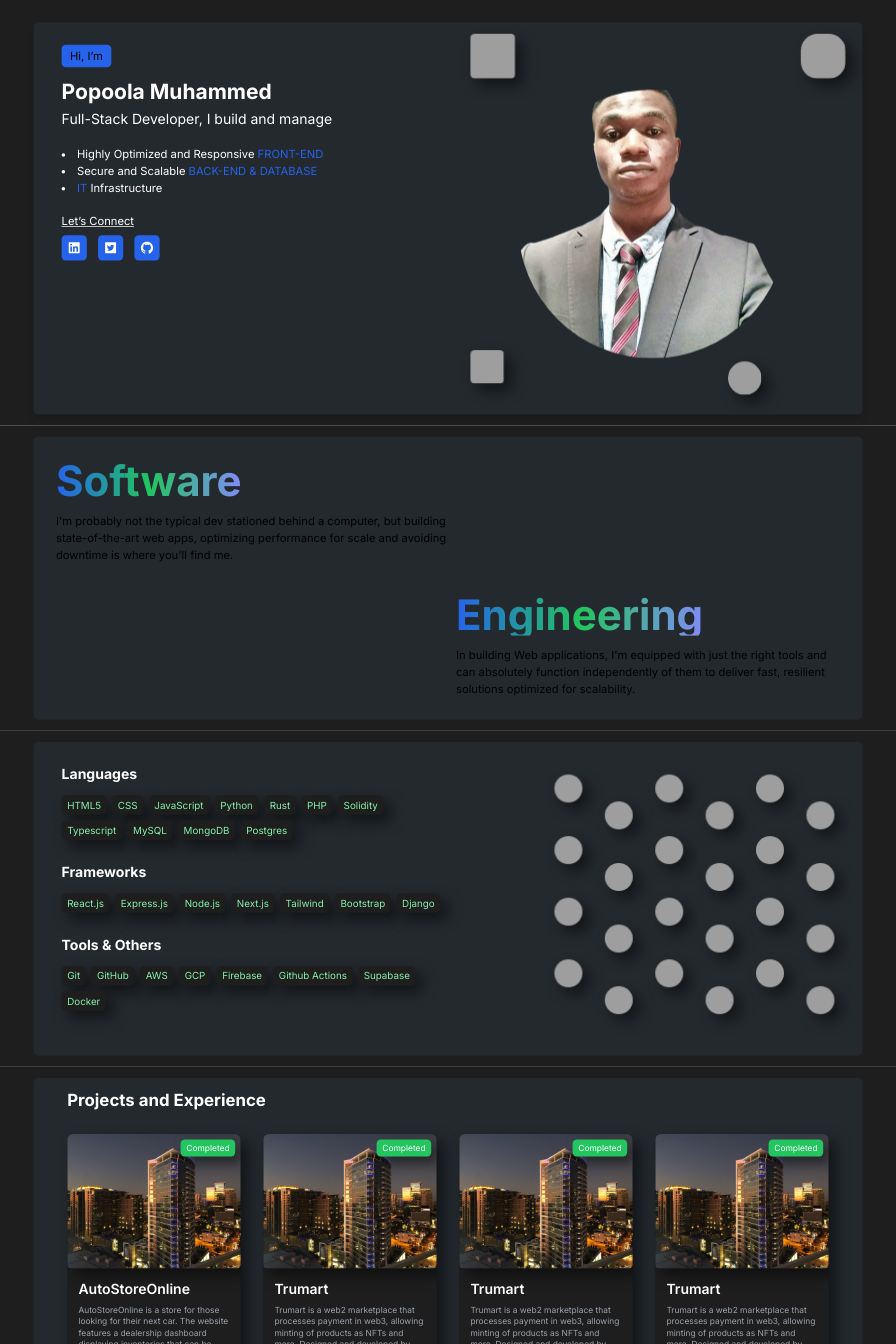
Repository: muhammedctgr/hammedctgr
Page: /
These files come from the project's save history. The page is drawn as it stood at one moment and after the next save; the edit follows.
The browser window is 1280 px wide. The pictures show the part of the page from y = 0 to 1920 px (the page is 2596 px tall), at 70% of full size.
Pictures or frames that could not be fetched are drawn as grey boxes. The project was rebuilt for these pictures with package versions that can differ from the ones it lists, and the page was loaded fresh each time. The framework's server and built-in components were replaced by stand-ins that run in the browser. Also part of the build but not shown: next.config.mjs.

Above is the page before, as saved 2024-08-12 22:49:36.

### app/layout.tsx
import type { Metadata } from "next";
import { Inter } from "next/font/google";
import "./globals.css";

const inter = Inter({ subsets: ["latin"] });

export const metadata: Metadata = {
  title: "Popoola Muhammed",
  description: "Generated by create next app",
};

export default function RootLayout({
  children,
}: Readonly<{
  children: React.ReactNode;
}>) {
  return (
    <html lang="en">
      <body className={inter.className}>{children}</body>
    </html>
  );
}

### app/page.tsx
import Head from 'next/head';
import Hero from '../components/Hero';
import SkillsSection from '@/components/SkillsSection';
import SummarySection from '@/components/SummarySection';
import ProjectsSection from '@/components/ProjectsSection';
import Skills from '@/components/Skills'


const Home = () => (
  <div>
    <Head>
      <title>Popoola Muhammed</title>
      <meta name="description" content="Welcome to my developer portfolio" />
    </Head>

    <Hero />
    <SummarySection />
    <SkillsSection />
    <ProjectsSection />

  </div>
);

export default Home;

### app/globals.css
@tailwind base;
@tailwind components;
@tailwind utilities;

:root {
  --foreground-rgb: 0, 0, 0;
  --background-start-rgb: 214, 219, 220;
  --background-end-rgb: 255, 255, 255;
}

@media (prefers-color-scheme: dark) {
  :root {
    --foreground-rgb: 255, 255, 255;
    --background-start-rgb: 0, 0, 0;
    --background-end-rgb: 0, 0, 0;
  }
}

body {
  color: rgb(var(--foreground-rgb));
  background: linear-gradient(
      to bottom,
      transparent,
      rgb(var(--background-end-rgb))
    )
    rgb(var(--background-start-rgb));
}

@layer utilities {
  .text-balance {
    text-wrap: balance;
  }
}


@keyframes upDown {
  0%, 100% {
    transform: translateY(0);
  }
  50% {
    transform: translateY(-10px); /* Adjust the value as needed */
  }
}

.animate-upDown {
  animation: upDown 2s infinite ease-in-out; /* Adjust duration as needed */
}

@keyframes scroll-slow {
  0% {
    transform: translateY(-100%);
  }
  100% {
    transform: translateY(100%);
  }
}

@keyframes scroll-medium {
  0% {
    transform: translateY(-100%);
  }
  100% {
    transform: translateY(100%);
  }
}

@keyframes scroll-fast {
  0% {
    transform: translateY(0);
  }
  100% {
    transform: translateY(-100%);
  }
}

@keyframes scroll-upfast {
  0% {
    transform: translateY(100%);
  }
  100% {
    transform: translateY(-100%);
  }
}

.animate-scroll-upfast {
  animation: scroll-upfast 2s linear infinite;
}

.animate-scroll-slow {
  animation: scroll-slow 9s linear infinite;
}

.animate-scroll-medium {
  animation: scroll-medium 6s linear infinite;
}

.animate-scroll-fast {
  animation: scroll-fast 2s linear infinite;
}

.animate-scroll-delay {
  animation-delay: 2s;
}

.animate-scroll-delay-long {
  animation-delay: 4s;
}

.animate-scroll {
  animation: scroll 10s linear infinite;
}

.neumorph {
  border-radius: 5px;
  background: linear-gradient(145deg, #161414, #1a1818);
  box-shadow:  5px 5px 10px #111010,
               -5px -5px 10px #1f1c1c;
}

### components/Hero.tsx
import Image from 'next/image';
import profilePic from '../public/profile.png';
import { AiFillLinkedin, AiFillGithub, AiFillTwitterSquare, AiFillX } from 'react-icons/ai';

const Hero = () => {
  return (
    <section className="bg-gptGray px-4 py-4 md:pt-8 md:px-8 lg:px-12 text-white flex items-center">
  <div className="container bg-githubGray shadow-lg rounded-md mx-auto flex flex-col md:flex-row md:px-2 relative overflow-hidden">
    <div className="flex-1 text-left p-4 md:p-8">
      <div className="inline-block bg-blue-600 text-black py-1 px-3 mb-4 rounded-md">
        Hi, I’m
      </div>
      <div className="mb-6">
        <h1 className="text-xl md:text-3xl font-bold">Popoola Muhammed</h1>
        <p className="mt-2 text-lg md:text-xl">Full-Stack Developer, I build and manage</p>
      </div>
      <ul className="mt-4 list-disc list-inside text-xs md:text-base">
        <li>Highly Optimized and Responsive <span className="text-blue-600">FRONT-END</span></li>
        <li>Secure and Scalable <span className="text-blue-600">BACK-END & DATABASE</span></li>
        <li><span className="text-blue-600">IT</span> Infrastructure</li>
      </ul>
      <div className="mt-6">
        <a href="#contact" className="underline">Let’s Connect</a>
        <div className="mt-2 flex justify-start space-x-4">
          <a href="#" className="bg-blue-600 p-2 rounded-md">
            <AiFillLinkedin size={20} />
          </a>
          <a href="#" className="bg-blue-600 p-2 rounded-md">
            <AiFillTwitterSquare size={20} />
          </a>
          <a href="#" className="bg-blue-600 p-2 rounded-md">
            <AiFillGithub size={20} />
          </a>
        </div>
      </div>
    </div>
    <div className="relative flex-1 p-4 md:p-8">
      <img src="https://cdn.jsdelivr.net/gh/devicons/devicon@latest/icons/python/python-original.svg" className="right-4 w-8 h-8 md:w-16 md:h-16 lg:w-16 lg:h-16 bg-gptGray rounded-md animate-bounce shadow-deep-all" />
      <div className="relative w-40 h-40 md:w-72 md:h-72 lg:w-96 lg:h-96 mx-auto">
        <Image src={profilePic} alt="Popoola Muhammed" layout="fill" className="rounded-full object-cover animate-upDown" />
      </div>
      <img src="https://cdn.jsdelivr.net/gh/devicons/devicon@latest/icons/rust/rust-original.svg"  className="w-8 h-8 md:w-16 md:h-16 lg:w-16 lg:h-16 bg-gptGray rounded-3xl shadow-deep-all animate-bounce absolute top-8 right-4" />
      <img src="https://cdn.jsdelivr.net/gh/devicons/devicon@latest/icons/javascript/javascript-original.svg" className="w-8 h-8 md:w-12 md:h-12 lg:w-12 lg:h-12 bg-gptGray rounded-md animate-bounce shadow-deep-all" />
    </div>
    <img src="https://cdn.jsdelivr.net/gh/devicons/devicon@latest/icons/nextjs/nextjs-original.svg" className="w-8 h-8 md:w-12 md:h-12 lg:w-12 lg:h-12 bg-gptGray rounded-3xl shadow-deep-all animate-bounce absolute bottom-4 right-36" />
  </div>
</section>
  );
};

export default Hero;

### components/SkillsSection.tsx
import Image from 'next/image';
import { FC } from 'react';

interface SkillCategory {
  title: string;
  skills: { name: string; }[];
}

const skills: SkillCategory[] = [
  {
    title: "Languages",
    skills: [
      { name: "HTML5",  },
      { name: "CSS", },
      { name: "JavaScript",  },
      { name: "Python", },
      { name: "Rust",  },
      { name: "PHP", },
      { name: "Solidity",  },
      { name: "Typescript",  },
      { name: "MySQL",  },
      { name: "MongoDB", },
      { name: "Postgres", },
    ],
  },
  {
    title: "Frameworks",
    skills: [
      { name: "React.js", },
      { name: "Express.js",  },
      { name: "Node.js", },
      { name: "Next.js", },
      { name: "Tailwind", },
      { name: "Bootstrap", },
      { name: "Django", }
    ],
  },
  {
    title: "Tools & Others",
    skills: [
      { name: "Git",  },
      { name: "GitHub",  },
      { name: "AWS", },
      { name: "GCP", },
      { name: "Firebase", },
      { name: "Github Actions", },
      { name: "Supabase",  },
      { name: "Docker",  },
    ],
  },
];

const icons = [
  "/icons/html5.svg", // Replace with your icon paths
  "/icons/css3.svg",
  "/icons/javascript.svg",
  "/icons/python.svg",
  // Add the rest of the icons as needed
];

const SkillsSection: FC = () => {
  return (
  <section className="px-4 py-4 md:px-8 lg:px-12 bg-gptGray text-white">
  <div className="container bg-githubGray rounded-md mx-auto flex flex-col md:flex-row items-start md:px-2">
    <div className="flex-1 p-4 md:p-8">
      {skills.map((category) => (
        <div key={category.title} className="mb-8">
          <h2 className="text-lg md:text-xl font-bold mb-4 ">{category.title}</h2>
          <div className="flex flex-wrap gap-2">
            {category.skills.map((skill) => (
              <span
                key={skill.name}
                className={`px-2 py-1 rounded-md text-sm shadow-deep-all bg-gptGray text-green-300`}
              >
                {skill.name}
              </span>
            ))}
          </div>
        </div>
      ))}
    </div>
    <div className="flex-1 flex flex-col items-center md:items-end overflow-hidden md:pb-8">
      <div className="grid grid-cols-6 md:grid-cols-6 gap-8 p-4 md:p-8">
      <img src="https://cdn.jsdelivr.net/gh/devicons/devicon@latest/icons/html5/html5-original.svg" className="w-10 h-10 md:w-10 md:h-10 lg:w-10 lg:h-10 bg-gptGray rounded-3xl shadow-deep-all mt-4 animate-scroll-fast" />
      <img src="https://cdn.jsdelivr.net/gh/devicons/devicon@latest/icons/css3/css3-original.svg" className="w-10 h-10 md:w-10 md:h-10 lg:w-10 lg:h-10 bg-gptGray rounded-3xl shadow-deep-all mt-4 animate-scroll-upfast" />
      <img src="https://cdn.jsdelivr.net/gh/devicons/devicon@latest/icons/javascript/javascript-original.svg" className="w-10 h-10 md:w-10 md:h-10 lg:w-10 lg:h-10 bg-gptGray rounded-3xl shadow-deep-all mt-4 animate-scroll-fast" />
      <img src="https://cdn.jsdelivr.net/gh/devicons/devicon@latest/icons/python/python-original.svg" className="w-10 h-10 md:w-10 md:h-10 lg:w-10 lg:h-10 bg-gptGray rounded-3xl shadow-deep-all mt-4 animate-scroll-upfast" />
      <img src="https://cdn.jsdelivr.net/gh/devicons/devicon@latest/icons/rust/rust-original.svg"  className="w-10 h-10 md:w-10 md:h-10 lg:w-10 lg:h-10 bg-gptGray rounded-3xl shadow-deep-all mt-4 animate-scroll-fast" />
      <img src="https://cdn.jsdelivr.net/gh/devicons/devicon@latest/icons/php/php-original.svg" className="w-10 h-10 md:w-10 md:h-10 lg:w-10 lg:h-10 bg-gptGray rounded-3xl shadow-deep-all mt-4 animate-scroll-upfast"  />
      <img src="https://cdn.jsdelivr.net/gh/devicons/devicon@latest/icons/solidity/solidity-original.svg" className="w-10 h-10 md:w-10 md:h-10 lg:w-10 lg:h-10 bg-gptGray rounded-3xl shadow-deep-all mt-4 animate-scroll-fast" />
      <img src="https://cdn.jsdelivr.net/gh/devicons/devicon@latest/icons/typescript/typescript-original.svg" className="w-10 h-10 md:w-10 md:h-10 lg:w-10 lg:h-10 bg-gptGray rounded-3xl shadow-deep-all mt-4 animate-scroll-upfast" />
      <img src="https://cdn.jsdelivr.net/gh/devicons/devicon@latest/icons/mysql/mysql-original.svg" className="w-10 h-10 md:w-10 md:h-10 lg:w-10 lg:h-10 bg-gptGray rounded-3xl shadow-deep-all mt-4 animate-scroll-fast" />
      <img src="https://cdn.jsdelivr.net/gh/devicons/devicon@latest/icons/mongodb/mongodb-original.svg" className="w-10 h-10 md:w-10 md:h-10 lg:w-10 lg:h-10 bg-gptGray rounded-3xl shadow-deep-all mt-4 animate-scroll-upfast" />
      <img src="https://cdn.jsdelivr.net/gh/devicons/devicon@latest/icons/react/react-original.svg" className="w-10 h-10 md:w-10 md:h-10 lg:w-10 lg:h-10 bg-gptGray rounded-3xl shadow-deep-all mt-4 animate-scroll-fast" />
      <img src="https://cdn.jsdelivr.net/gh/devicons/devicon@latest/icons/nextjs/nextjs-original.svg" className="w-10 h-10 md:w-10 md:h-10 lg:w-10 lg:h-10 bg-gptGray rounded-3xl shadow-deep-all mt-4 animate-scroll-upfast" />
      <img src="https://cdn.jsdelivr.net/gh/devicons/devicon@latest/icons/tailwindcss/tailwindcss-original.svg" className="w-10 h-10 md:w-10 md:h-10 lg:w-10 lg:h-10 bg-gptGray rounded-3xl shadow-deep-all mt-4 animate-scroll-fast" />
      <img src="https://cdn.jsdelivr.net/gh/devicons/devicon@latest/icons/git/git-original.svg" className="w-10 h-10 md:w-10 md:h-10 lg:w-10 lg:h-10 bg-gptGray rounded-3xl shadow-deep-all mt-4 animate-scroll-upfast" />
      <img src="https://cdn.jsdelivr.net/gh/devicons/devicon@latest/icons/github/github-original.svg" className="w-10 h-10 md:w-10 md:h-10 lg:w-10 lg:h-10 bg-gptGray rounded-3xl shadow-deep-all mt-4 animate-scroll-fast" />
      <img src="https://cdn.jsdelivr.net/gh/devicons/devicon@latest/icons/amazonwebservices/amazonwebservices-original-wordmark.svg" className="w-10 h-10 md:w-10 md:h-10 lg:w-10 lg:h-10 bg-gptGray rounded-3xl shadow-deep-all mt-4 animate-scroll-upfast" />
      <img src="https://cdn.jsdelivr.net/gh/devicons/devicon@latest/icons/googlecloud/googlecloud-original.svg" className="w-10 h-10 md:w-10 md:h-10 lg:w-10 lg:h-10 bg-gptGray rounded-3xl shadow-deep-all mt-4 animate-scroll-fast" />
      <img src="https://cdn.jsdelivr.net/gh/devicons/devicon@latest/icons/postgresql/postgresql-original.svg" className="w-10 h-10 md:w-10 md:h-10 lg:w-10 lg:h-10 bg-gptGray rounded-3xl shadow-deep-all mt-4 animate-scroll-upfast" />
      <img src="https://cdn.jsdelivr.net/gh/devicons/devicon@latest/icons/supabase/supabase-original.svg" className="w-10 h-10 md:w-10 md:h-10 lg:w-10 lg:h-10 bg-gptGray rounded-3xl shadow-deep-all mt-4 animate-scroll-fast" />
      <img src="https://cdn.jsdelivr.net/gh/devicons/devicon@latest/icons/docker/docker-original.svg" className="w-10 h-10 md:w-10 md:h-10 lg:w-10 lg:h-10 bg-gptGray rounded-3xl shadow-deep-all mt-4 animate-scroll-upfast" />
      <img src="https://cdn.jsdelivr.net/gh/devicons/devicon@latest/icons/django/django-plain.svg" className="w-10 h-10 md:w-10 md:h-10 lg:w-10 lg:h-10 bg-gptGray rounded-3xl shadow-deep-all mt-4 animate-scroll-fast" />
      <img src="https://cdn.jsdelivr.net/gh/devicons/devicon@latest/icons/bootstrap/bootstrap-original.svg" className="w-10 h-10 md:w-10 md:h-10 lg:w-10 lg:h-10 bg-gptGray rounded-3xl shadow-deep-all mt-4 animate-scroll-upfast" />
      <img src="https://cdn.jsdelivr.net/gh/devicons/devicon@latest/icons/nodejs/nodejs-original.svg" className="w-10 h-10 md:w-10 md:h-10 lg:w-10 lg:h-10 bg-gptGray rounded-3xl shadow-deep-all mt-4 animate-scroll-fast" />
      <img src="https://cdn.jsdelivr.net/gh/devicons/devicon@latest/icons/githubactions/githubactions-original.svg" className="w-10 h-10 md:w-10 md:h-10 lg:w-10 lg:h-10 bg-gptGray rounded-3xl shadow-deep-all mt-4 animate-scroll-upfast" />
      </div>
    </div>
  </div>
</section>
  );
};

export default SkillsSection;

### components/SummarySection.tsx
import { FC } from 'react';

const SummarySection: FC = () => {
  return (
<section className="px-4 py-4 md:px-8 lg:px-12 bg-gptGray relative overflow-hidden">
  <div className="container bg-githubGray mx-auto flex rounded-md flex-col md:flex-row justify-between items-start md:px-8 p-4 md:p-8">
    <div className=" mb-8 md:mb-8">
      <div className="mb-4">
        <span className="text-4xl md:text-6xl font-bold bg-gradient-to-r from-blue-600 via-green-500 to-indigo-400 inline-block text-transparent bg-clip-text">Software</span>
      </div>
      <p className="text-sm md:text-base">
        I'm probably not the typical dev stationed behind a computer, but building state-of-the-art web apps, optimizing performance for scale and avoiding downtime is where you'll find me.
      </p>
    </div>
    <div className=" md:mt-48">
      <div className="mb-4">
        <span className="text-4xl md:text-6xl font-bold bg-gradient-to-r from-blue-600 via-green-500 to-indigo-400 inline-block text-transparent bg-clip-text">Engineering</span>
      </div>
      <p className="text-sm md:text-base">
        In building Web applications, I'm equipped with just the right tools and can absolutely function independently of them to deliver fast, resilient solutions optimized for scalability.
      </p>
    </div>
  </div>
</section>
  );
};

export default SummarySection;

### components/ProjectsSection.tsx
import { FC } from 'react';

interface Project {
  title: string;
  description: string;
  technologies: string[];
  date: string;
  status: string;
  image: string;
  link: string;
}

const projects: Project[] = [
  {
    title: "AutoStoreOnline",
    description: "AutoStoreOnline is a store for those looking for their next car. The website features a dealership dashboard displaying inventories that can be done in minutes. Designed and developed by me.",
    technologies: ["React.js", "Express.js", "Node.js", "MySQL"],
    date: "2024",
    status: "Completed",
    image: "pic1.jpg",
    link: "https://example.com",
  },
  {
    title: "Trumart",
    description: "Trumart is a web2 marketplace that processes payment in web3, allowing minting of products as NFTs and more. Designed and developed by me.",
    technologies: ["React.js", "Express.js", "Node.js", "MySQL"],
    date: "2023",
    status: "Completed",
    image: "pic1.jpg",
    link: "https://example.com",
  },
  {
    title: "Trumart",
    description: "Trumart is a web2 marketplace that processes payment in web3, allowing minting of products as NFTs and more. Designed and developed by me.",
    technologies: ["React.js", "Express.js", "Node.js", "MySQL"],
    date: "2023",
    status: "Completed",
    image: "pic1.jpg",
    link: "https://example.com",
  },
  {
    title: "Trumart",
    description: "Trumart is a web2 marketplace that processes payment in web3, allowing minting of products as NFTs and more. Designed and developed by me.",
    technologies: ["React.js", "Express.js", "Node.js", "MySQL"],
    date: "2023",
    status: "Completed",
    image: "pic1.jpg",
    link: "https://example.com",
  },
  {
    title: "Trumart",
    description: "Trumart is a web2 marketplace that processes payment in web3, allowing minting of products as NFTs and more. Designed and developed by me.",
    technologies: ["React.js", "Express.js", "Node.js", "MySQL"],
    date: "2023",
    status: "Completed",
    image: "pic1.jpg",
    link: "https://example.com",
  },
  // Add more projects as needed...
];

const ProjectsSection: FC = () => {
  return (
    <section className="bg-gptGray md:px-8 px-4 py-4 lg:px-12">
      <div className="container bg-githubGray rounded-md mx-auto md:px-8 ">
        <h2 className="text-2xl font-bold text-white p-4">Projects and Experience</h2>
        <div className="grid grid-cols-1 sm:grid-cols-3 lg:grid-cols-4 gap-8 p-4">
          {projects.map((project, index) => (
            <div key={index} className="bg-gptGray rounded-lg overflow-hidden shadow-deep-all">
              <div className="relative w-full h-48">
                <img src={project.image} alt={project.title} className="w-full h-full object-cover shadow-deep-all rounded-md" />
                <span className="shadow-deep-all absolute top-2 right-2 bg-green-500 text-xs text-white px-2 py-1 rounded-md">{project.status}</span>
              </div>
              <div className="p-4">
                <h3 className="text-xl font-semibold text-white mb-2">{project.title}</h3>
                <p className="text-gray-400 text-xs mb-4">{project.description}</p>
                <div className="flex flex-wrap gap-2 mb-4">
                  {project.technologies.map((tech, i) => (
                    <span key={i} className="bg-githubGray shadow-deep-all text-green-300 text-xs px-2 py-1 rounded-md">{tech}</span>
                  ))}
                </div>
                <div className="flex justify-between items-center">
                  <span className="text-gray-500 text-sm">{project.date}</span>
                  <a href={project.link} target="_blank" rel="noopener noreferrer" className="text-blue-400 hover:underline text-sm">website link</a>
                </div>
              </div>
            </div>
          ))}
        </div>
      </div>
    </section>
  );
};

export default ProjectsSection;

### tailwind.config.ts
import type { Config } from "tailwindcss";

const config: Config = {
  content: [
    "./pages/**/*.{js,ts,jsx,tsx,mdx}",
    "./components/**/*.{js,ts,jsx,tsx,mdx}",
    "./app/**/*.{js,ts,jsx,tsx,mdx}",
  ],
  theme: {
    extend: {
      backgroundImage: {
        "gradient-radial": "radial-gradient(var(--tw-gradient-stops))",
        "gradient-conic":
          "conic-gradient(from 180deg at 50% 50%, var(--tw-gradient-stops))",
      },
      colors: {
        githubGray: '#24292e',
        gptGray: '#1e1e1e', // Define the exact color
        gradient: 'bg-gradient-to-r from-blue-600 via-green-500 to-indigo-400 inline-block text-transparent bg-clip-text'
      },
      boxShadow: {
        'deep-right': '10px 10px 20px rgba(0, 0, 0, 0.25)',  // Right side shadow
        'deep-left': '-10px 10px 20px rgba(0, 0, 0, 0.25)',  // Left side shadow
        'deep-top': '10px -10px 20px rgba(0, 0, 0, 0.25)',   // Top side shadow
        'deep-bottom': '10px 10px 20px rgba(0, 0, 0, 0.25)', // Bottom side shadow
        'deep-all': '10px 10px 20px rgba(0, 0, 0, 0.5)',     // All sides shadow
      }
    },
  },
  plugins: [],
};
export default config;

After the next save:
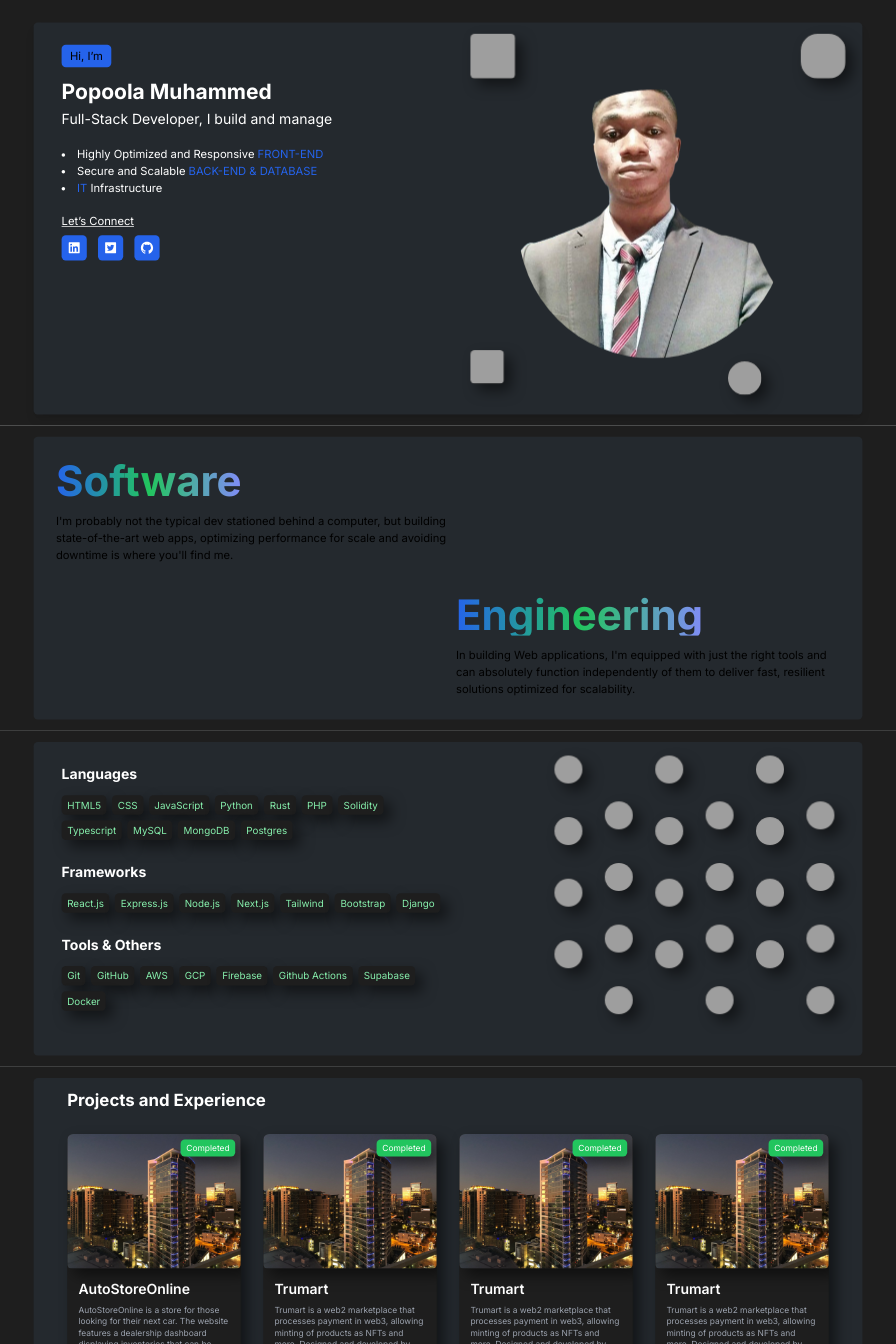
Saved 5 s later.
--- a/app/globals.css
+++ b/app/globals.css
@@ -69,7 +69,7 @@ body {
     transform: translateY(0);
   }
   100% {
-    transform: translateY(-100%);
+    transform: translateY(-100vh);
   }
 }
 
